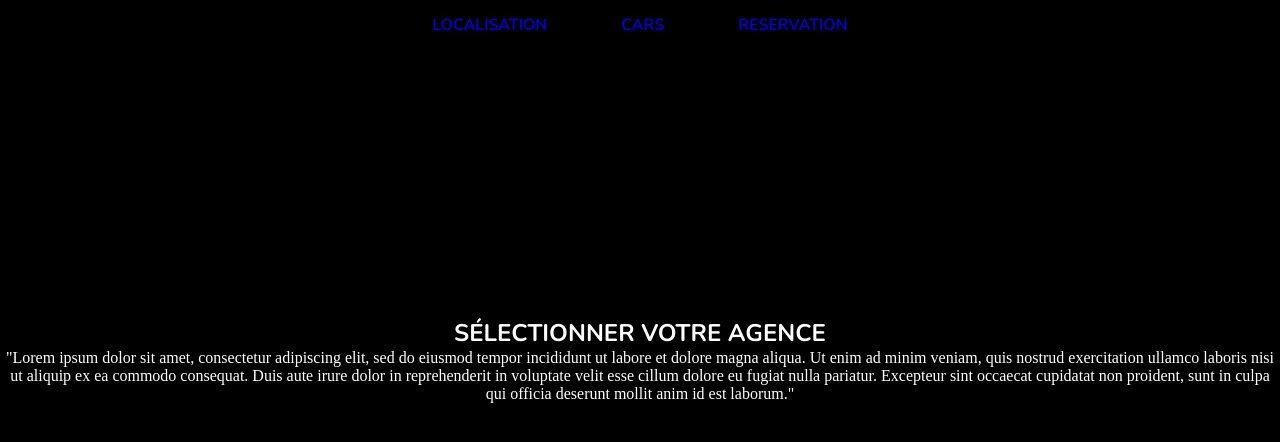
Repository: romgrm/jenaipasdevoiture
Page: src/main/java/fr/romgrm/index.html
The author's editor kept a copy of each file at every save. The page is drawn from the files as they stood at one save, then again after the next save.
The browser window is 1280 px wide. The pictures show the whole page.
An inner scrolling area shows only its first screen.

Above is the page before, as saved 2020-10-15 19:42:26.

### src/main/java/fr/romgrm/index.html
<!DOCTYPE html>
<html lang="fr">
    <head>
        <title>JENAIPASDARGENT</title>
        <link rel="stylesheet" href="style.css" type="text/css"/>
        <link href="https://fonts.googleapis.com/css2?family=Nunito:ital,wght@0,600;0,700;0,800;1,200;1,300&display=swap" rel="stylesheet">
    </head>
    <body>

        <div class="container">

            <nav class="navbar">
                <ul>
                    <li><a href="#LOCALISATION">LOCALISATION</a></li>
                    <li><a href="#SELECTCAR">CARS</a></li>
                    <li><a href="#RECAPITULATE">RESERVATION</a></li>
                </ul>
            </nav>


            <Section id="LOCALISATION">
                 <h2>SÉLECTIONNER VOTRE AGENCE</h2>
                 <p>"Lorem ipsum dolor sit amet, consectetur adipiscing elit, sed do eiusmod tempor incididunt ut labore et dolore magna aliqua. Ut enim ad minim veniam, quis nostrud exercitation ullamco laboris nisi ut aliquip ex ea commodo consequat. Duis aute irure dolor in reprehenderit in voluptate velit esse cillum dolore eu fugiat nulla pariatur. Excepteur sint occaecat cupidatat non proident, sunt in culpa qui officia deserunt mollit anim id est laborum."</p>
            </Section>




            <Section id="SELECTCAR">
                <h2>CARS</h2>
                <p>"Lorem ipsum dolor sit amet, consectetur adipiscing elit, sed do eiusmod tempor incididunt ut labore et dolore magna aliqua. Ut enim ad minim veniam, quis nostrud exercitation ullamco laboris nisi ut aliquip ex ea commodo consequat. Duis aute irure dolor in reprehenderit in voluptate velit esse cillum dolore eu fugiat nulla pariatur. Excepteur sint occaecat cupidatat non proident, sunt in culpa qui officia deserunt mollit anim id est laborum."</p>
            </Section>




            <Section id="RECAPITULATE">
                <h2>SHOP</h2>
                <p>"Lorem ipsum dolor sit amet, consectetur adipiscing elit, sed do eiusmod tempor incididunt ut labore et dolore magna aliqua. Ut enim ad minim veniam, quis nostrud exercitation ullamco laboris nisi ut aliquip ex ea commodo consequat. Duis aute irure dolor in reprehenderit in voluptate velit esse cillum dolore eu fugiat nulla pariatur. Excepteur sint occaecat cupidatat non proident, sunt in culpa qui officia deserunt mollit anim id est laborum."</p>
            </Section>



        </div>
    </body>
</html>

### src/main/java/fr/romgrm/style.css
*{
    margin: 0;
    padding: 0;
}


body{
  color: white;
  /* desactiver le scroll dans le body (pas oublier
  de lui donner une taille sinon ça marche pas*/
  height: 100vh;
  overflow: hidden;

}

.container{
    height: 100%;
    width: 100%;
    /*SCROLL SMOOTH*/
    overflow-y: scroll;
    scroll-behavior: smooth;
    scroll-snap-type: y mandatory;
}

.navbar{
   /* background-color: rgba(0, 0, 0, 0.5); */
    position: fixed;
    top: 0;
    z-index: 1;
    display: flex;
    width: 100%;
    height: 50px;
    font-family: 'Nunito', sans-serif;
    font-weight: 900 bold ;

}

.navbar ul{
    display: flex;
    list-style-type: none;
    width: 100%;
    justify-content: center;
    align-items: center;
    gap: 10px;
}

.navbar ul li{
    margin: 0 1rem;
    padding: 1rem;

}

.navbar ul li a{
    text-decoration: none;
    /*color: white;*/
    transition: 2s ease-in .5s;

}

.navbar ul li a:hover{
    zoom: 1.1;
    /*color: rgb(105, 105, 105); */
}




Section{
    display: flex;
    flex-direction: column;
    width: 100%;
    height: 100vh; /* vh = Viewport Height : permet de dimensioner par rapport à la taille de l'écran*/
    text-align: center;
    justify-content: center;
    align-items: center;
    /*SCROLL SNAP ALIGN*/
    scroll-snap-align: center;

}


/*////////////////////////////////////////////////////////////////////////////////////////////////////////////*/



#LOCALISATION{
    background-color: black;
    margin: 0;
    padding: 0;
    /*background: url('https://source.unsplash.com/K2tdx2mFDHc/1600x900') no-repeat center center/cover;;*/
}

#LOCALISATION h2{
    font-family: 'Nunito', sans-serif;
    font-weight: 800 bold ;

}

#LOCALISATION p{

}


/*////////////////////////////////////////////////////////////////////////////////////////////////////////////*/



#SELECTCAR{
    background-color: red;
}

#SELECTCAR h2{

}

#SELECTCAR p{

}


/*////////////////////////////////////////////////////////////////////////////////////////////////////////////*/


#RECAPITULATE{
    background-color: blue;
}

#RECAPITULATE h2{

}

#RECAPITULATE p{

}

After the next save:
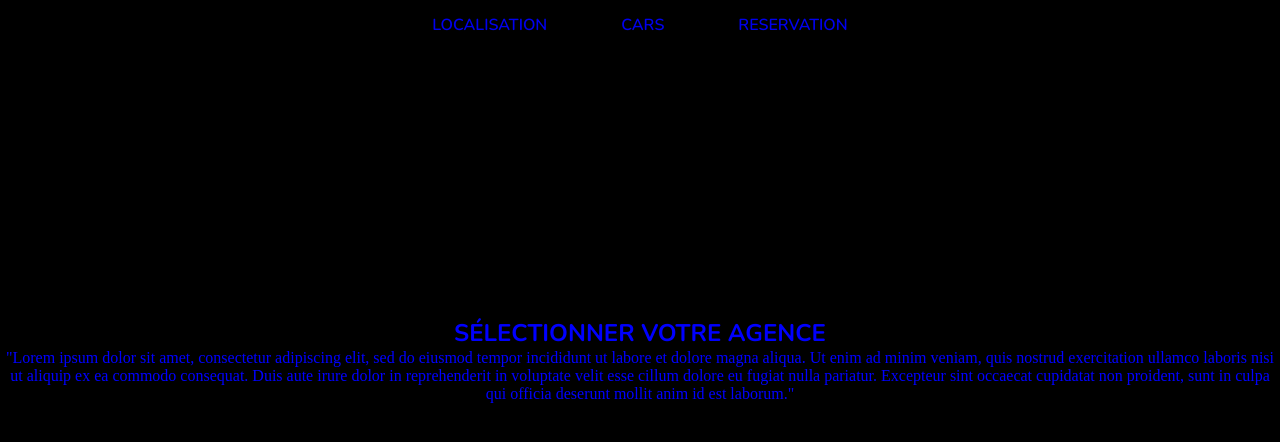
Saved 2 min 51 s later.
--- a/src/main/java/fr/romgrm/style.css
+++ b/src/main/java/fr/romgrm/style.css
@@ -5,7 +5,7 @@
 
 
 body{
-  color: white;
+  color: blue;
   /* desactiver le scroll dans le body (pas oublier
   de lui donner une taille sinon ça marche pas*/
   height: 100vh;

After the save that followed:
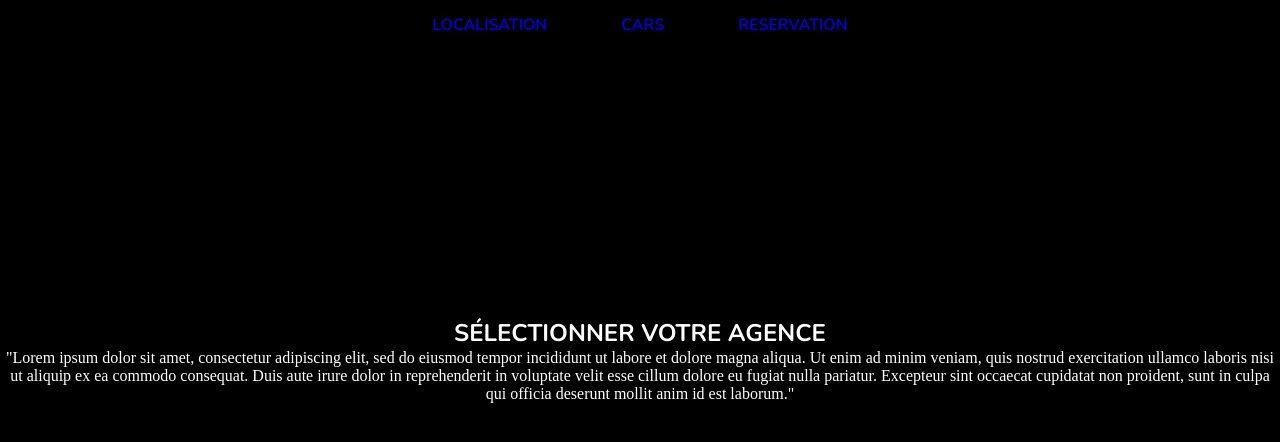
Saved 8 s later.
--- a/src/main/java/fr/romgrm/style.css
+++ b/src/main/java/fr/romgrm/style.css
@@ -5,7 +5,7 @@
 
 
 body{
-  color: blue;
+  color: white;
   /* desactiver le scroll dans le body (pas oublier
   de lui donner une taille sinon ça marche pas*/
   height: 100vh;
